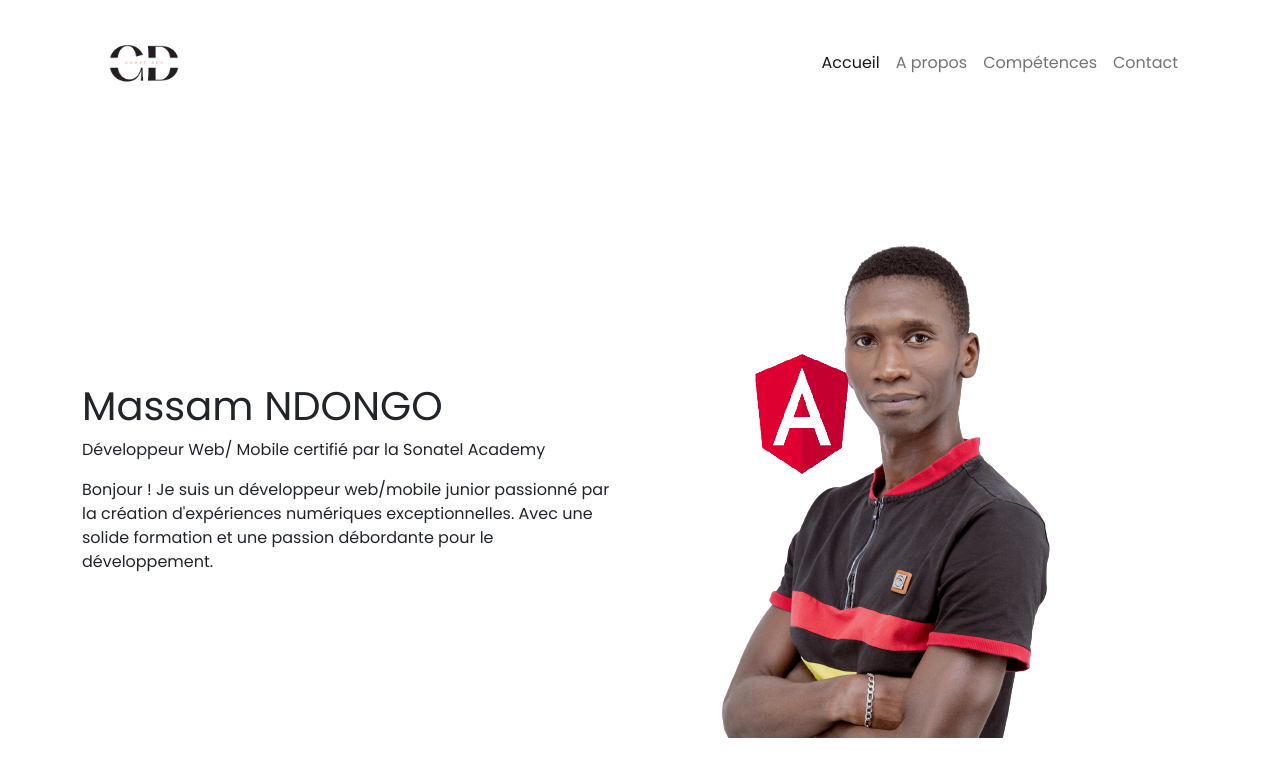
Repository: massndongo/portfolio1
Page: index.html
An editor plug-in stored every save of this project. The page is shown before and after the next save, followed by the edit.
The browser window is 1280 px wide. The pictures show the part of the page from y = 0 to 773 px (the page is 2111 px tall before and 2311 px after).
A picture or video elsewhere on the page could not be fetched, so the positions and the page height are approximate.

Above is the page before, as saved 2023-05-29 19:10:36.

### index.html
<!DOCTYPE html>
<html>
<head>
    <meta charset='utf-8'>
    <meta http-equiv='X-UA-Compatible' content='IE=edge'>
    <title>Portfolio Massam NDONGO</title>
    <meta name='viewport' content='width=device-width, initial-scale=1'>
    <link rel="stylesheet" href="https://cdn.jsdelivr.net/npm/bootstrap@5.2.3/dist/css/bootstrap.min.css" integrity="sha384-rbsA2VBKQhggwzxH7pPCaAqO46MgnOM80zW1RWuH61DGLwZJEdK2Kadq2F9CUG65" crossorigin="anonymous">
    <link rel="stylesheet" href="./assets/css/main.css">
</head>
<body>
    <div class="container">

        <!-- navbar -->
        <nav class="navbar navbar-expand-lg bg-body-tertiary container">
            <div class="container-fluid">
              <a class="navbar-brand" href="#"><img class="img-thumbnail border-0" width="100px" height="100px" src="./assets/images/logo.png" alt="" srcset=""></a>
              <button class="navbar-toggler" type="button" data-bs-toggle="collapse" data-bs-target="#navbarText" aria-controls="navbarText" aria-expanded="false" aria-label="Toggle navigation">
                <span class="navbar-toggler-icon"></span>
              </button>
              <div class="collapse navbar-collapse d-flex flex-row justify-content-end" id="navbarText">
                <div>
                    <ul class="navbar-nav me-auto mb-2 mb-lg-0">
                      <li class="nav-item">
                        <a class="nav-link active" aria-current="page" href="#">Accueil</a>
                      </li>
                      <li class="nav-item">
                        <a class="nav-link" href="#propos" onclick="scrollToSection('propos')">A propos</a>
                      </li>
                      <li class="nav-item">
                        <a class="nav-link" href="#skills" onclick="scrollToSection('skills')">Compétences</a>
                      </li>
                      <li class="nav-item">
                        <a class="nav-link" href="#contact" onclick="scrollToSection('contact')">Contact</a>
                      </li>
                    </ul>
                </div>
              </div>
            </div>
        </nav>
        <!-- End Navbar -->
        <div id="back-to-top">↑</div>

        <div class="contenu">

            <div class="propos d-flex row flex-row justify-content-center" id="propos">
                <div class="col-lg-6 col-md-12 mb-1 align-middle text-start d-flex flex-column justify-content-center animated-text">
                    <h1 class="">Massam NDONGO</h1>
                    <p class="">Développeur Web/ Mobile certifié par la Sonatel Academy</p>
                    <p>
                        Bonjour ! Je suis un développeur web/mobile junior passionné par la création d'expériences numériques exceptionnelles.
                        Avec une solide formation et une passion débordante pour le développement.

                    </p>
                </div>
                <div class="col-lg-6 col-md-12 profil">
                    <img src="./assets/images/os-projects-angular_thumbnail-removebg-preview.png" width="300px" height="200px" class="angular"  alt="" srcset="">
                    <img src="./assets/images/os-projects-angular_thumbnail-removebg-preview.png" width="300px" height="200px" class="angular"  alt="" srcset="">
                    <img src="./assets/images/mass.png" class="border-0 animated-text" alt="" srcset="">
                </div>
            </div>

            <div class="skills d-flex row flex-row justify-content-center" id="skills">
                <h1 class="text-center m-4 mt-4 text-decoration-underline">Compétences</h1>
                <div class="card m-4" style="width: 18rem;">
                    <img src="./assets/images/angular.png" class="card-img-top" alt="...">
                    <div class="card-body">
                      <p class="card-text">Some quick example text to build on the card title and make up the bulk of the card's content.</p>
                    </div>
                </div>
                <div class="card m-4" style="width: 18rem;">
                    <img src="./assets/images/symfony.png" class="card-img-top" alt="...">
                    <div class="card-body">
                      <p class="card-text">Some quick example text to build on the card title and make up the bulk of the card's content.</p>
                    </div>
                </div>
                <div class="card m-4" style="width: 18rem;">
                    <img src="./assets/images/ionic.webp" class="card-img-top" alt="...">
                    <div class="card-body">
                      <p class="card-text">Some quick example text to build on the card title and make up the bulk of the card's content.</p>
                    </div>
                </div>
                <div class="card m-4" style="width: 18rem;">
                    <img src="./assets/images/laravel.png" class="card-img-top" alt="...">
                    <div class="card-body">
                      <p class="card-text">Some quick example text to build on the card title and make up the bulk of the card's content.</p>
                    </div>
                </div>
                <div class="card m-4" style="width: 18rem;">
                    <img src="./assets/images/angular.png" class="card-img-top" alt="...">
                    <div class="card-body">
                      <p class="card-text">Some quick example text to build on the card title and make up the bulk of the card's content.</p>
                    </div>
                </div>
                <div class="card m-4" style="width: 18rem;">
                    <img src="./assets/images/angular.png" class="card-img-top" alt="...">
                    <div class="card-body">
                      <p class="card-text">Some quick example text to build on the card title and make up the bulk of the card's content.</p>
                    </div>
                </div>
                <div class="card m-4" style="width: 18rem;">
                    <img src="./assets/images/angular.png" class="card-img-top" alt="...">
                    <div class="card-body">
                      <p class="card-text">Some quick example text to build on the card title and make up the bulk of the card's content.</p>
                    </div>
                </div>
            </div>

            <div class="projets img-thumbnail bg-black">
                Lorem ipsum dolor sit amet consectetur adipisicing elit. Facere soluta nam sequi et quia officia, ratione dolore nisi ex necessitatibus ipsam dolor. Eveniet corporis voluptas similique hic omnis, maiores necessitatibus.
            </div>

            <div class="contact img-thumbnail bg-danger" id="contact">
                Lorem ipsum dolor sit amet consectetur adipisicing elit. Saepe consequatur porro numquam? Blanditiis harum consectetur, illum eligendi id dolorem mollitia velit neque? Cum itaque ipsum, ipsam autem saepe iure numquam!
                Quod incidunt quaerat exercitationem iusto perferendis architecto enim officia repellendus itaque dolorem animi, consectetur omnis quasi rerum voluptatum distinctio est deserunt harum porro neque quidem. Soluta itaque ullam repellat fugit?

            </div>
        </div>


        <footer></footer>

    </div>


    <!-- script -->
    <script src="https://cdn.jsdelivr.net/npm/bootstrap@5.2.3/dist/js/bootstrap.min.js" integrity="sha384-cuYeSxntonz0PPNlHhBs68uyIAVpIIOZZ5JqeqvYYIcEL727kskC66kF92t6Xl2V" crossorigin="anonymous"></script>
    <script src="https://cdn.jsdelivr.net/npm/bootstrap@5.2.3/dist/js/bootstrap.bundle.min.js" integrity="sha384-kenU1KFdBIe4zVF0s0G1M5b4hcpxyD9F7jL+jjXkk+Q2h455rYXK/7HAuoJl+0I4" crossorigin="anonymous"></script>
    <script src='./assets/js/main.js'></script>
</body>
</html>

### assets/css/main.css
@font-face {
    font-family: 'Poppins Regular';
    src: url('../fonts/poppins/Poppins-Regular.ttf') format('truetype');
  }

  /* Utilisation de la police */
  body {
    font-family: 'Poppins Regular', sans-serif;
  }

.contenu {
    margin-top: 10%;
}

.animated-text {
    animation: fade-in-out 4s normal;
    }

    @keyframes fade-in-out {
    0% {
        opacity: 1;
    }
    50% {
        opacity: 0;
    }
    100% {
        opacity: 1;
    }
}


#back-to-top {
    display: none;
    position: fixed;
    bottom: 20px;
    right: 20px;
    width: 40px;
    height: 40px;
    background-color: #ccc;
    border-radius: 50%;
    text-align: center;
    line-height: 40px;
    cursor: pointer;
  }

.skills {
    margin-top: 5%;
}
.profil {
    /* background-color: #db7e14; */
}
.angular {
    position: absolute;
    margin-top: 6%;
    z-index: -1;
}

### assets/js/main.js
  // Sélectionnez tous les liens de la navbar avec la classe "nav-link"
  var navLinks = document.querySelectorAll('.nav-link');

  // Parcourez tous les liens et ajoutez un gestionnaire d'événement pour le clic
  navLinks.forEach(function(link) {
    link.addEventListener('click', function(event) {
      event.preventDefault(); // Empêche le comportement par défaut du navigateur
      var target = this.getAttribute('href'); // Récupère l'attribut href du lien
      scrollToSection(target); // Appelle la fonction de défilement vers la section cible
    });
  });

  // Fonction pour déplacer l'utilisateur vers une section spécifique
  function scrollToSection(sectionId) {
    var section = document.querySelector(sectionId);
    if (section) {
      section.scrollIntoView({ behavior: 'smooth' });
    }
  }


  var backToTopBtn = document.getElementById("back-to-top");

  // Afficher ou masquer le bouton en fonction du défilement de la page
  window.addEventListener("scroll", function() {
    if (window.pageYOffset > 100) {
      backToTopBtn.style.display = "block";
    } else {
      backToTopBtn.style.display = "none";
    }
  });

  // Faire défiler vers le haut de la page lorsque le bouton est cliqué
  backToTopBtn.addEventListener("click", function() {
    window.scrollTo({
      top: 0,
      behavior: "smooth"
    });
  });

After the next save:
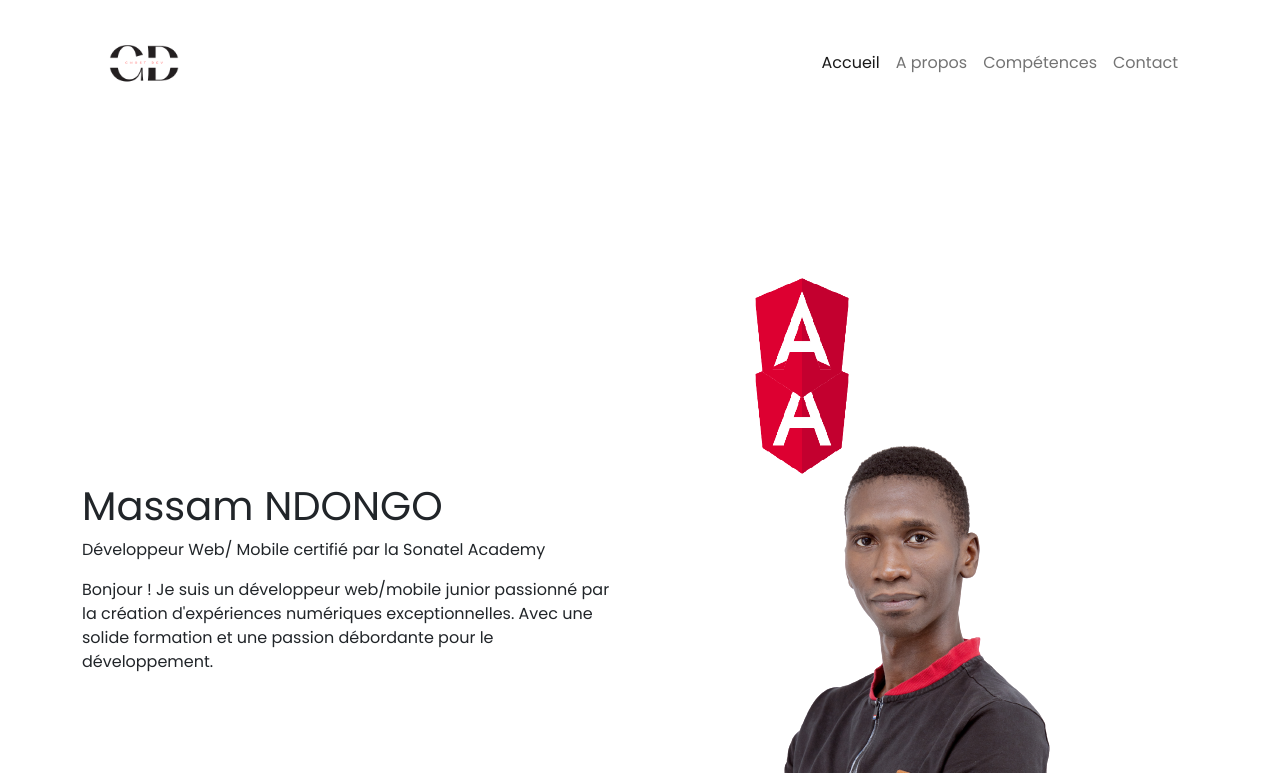
Saved 5 s later.
--- a/index.html
+++ b/index.html
@@ -55,7 +55,7 @@
                 </div>
                 <div class="col-lg-6 col-md-12 profil">
                     <img src="./assets/images/os-projects-angular_thumbnail-removebg-preview.png" width="300px" height="200px" class="angular"  alt="" srcset="">
-                    <img src="./assets/images/os-projects-angular_thumbnail-removebg-preview.png" width="300px" height="200px" class="angular"  alt="" srcset="">
+                    <img src="./assets/images/os-projects-angular_thumbnail-removebg-preview.png" width="300px" height="200px" class="symfony"  alt="" srcset="">
                     <img src="./assets/images/mass.png" class="border-0 animated-text" alt="" srcset="">
                 </div>
             </div>
